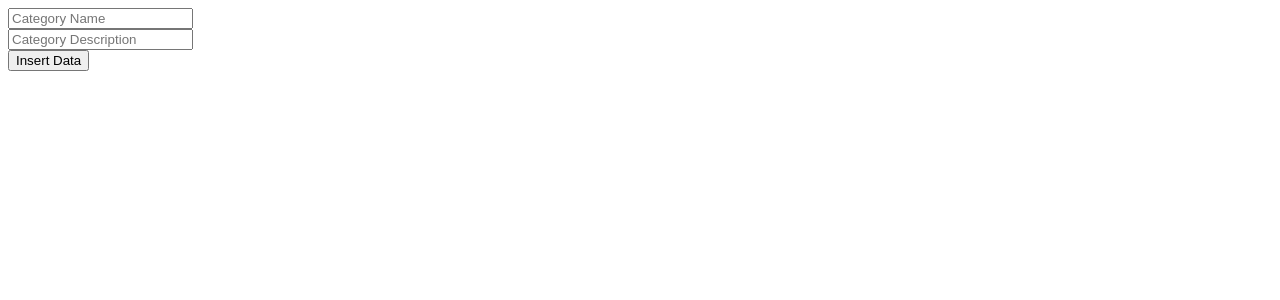
Repository: developerks611/loanweb
Page: http://localhost/loan-web/addcategory.jsp
An editor plug-in stored every save of this project. The page is shown before and after a run of saves, followed by the edit.
The browser window is 1280 px wide. The pictures show the whole page.
The page is served by Tomcat 9. Other server files are loaded and not shown.

Above is the page before, as saved 2023-03-08 07:06:47.

### loan-web/src/main/webapp/addcategory.jsp
<%@ page language="java" contentType="text/html; charset=ISO-8859-1"
    pageEncoding="ISO-8859-1"%>
<!DOCTYPE html>
<html>
<head>
<style>
	.center{
		text-align:center;
		margin-top:5%;

	}

	.inputtxt{
		margin:5px;
	}

	.inputtxt{
		width:20%;
		height:25px;
	}
	.button-login{
		width:21%;
		height:35px;
		margin-top:10px;
		background-color:#485FC7;
		 border-top-style: hidden;
		  border-right-style: hidden;
		  border-left-style: hidden;
		color:white;
		font-weight:bold;
		boarder-style:none;
	}
</style>
<meta charset="ISO-8859-1">
<title>Category</title>
</head>
<body>
<form action="Insertcategory" method="post">
<input type="text" placeholder="Category Name" name="cname"><br>
<input type="text" placeholder="Category Description" name="cd"><br>
<input type="hidden" name="action" value="inserdata">
<button type="submit">Insert Data</button>
</form>
</body>
</html>

After the next 2 saves:
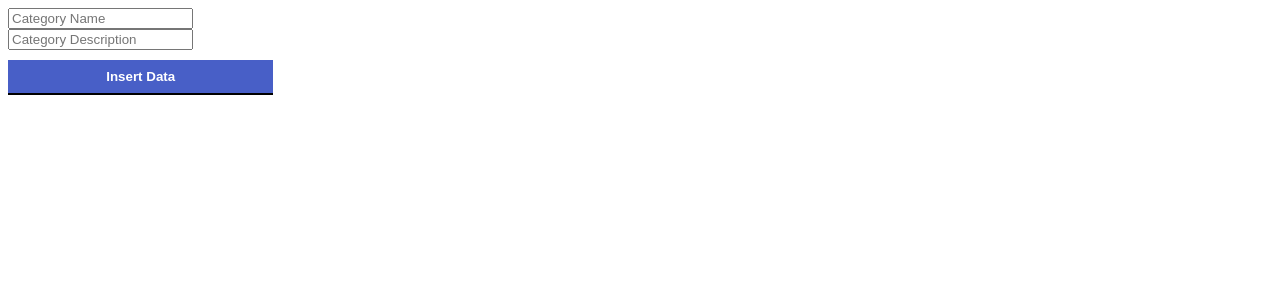
The 2 saves are shown as one change because they came seconds apart.
The last was saved 15 s later.
--- a/loan-web/src/main/webapp/addcategory.jsp
+++ b/loan-web/src/main/webapp/addcategory.jsp
@@ -39,7 +39,7 @@
 <input type="text" placeholder="Category Name" name="cname"><br>
 <input type="text" placeholder="Category Description" name="cd"><br>
 <input type="hidden" name="action" value="inserdata">
-<button type="submit">Insert Data</button>
+<button type="submit" class="button-login">Insert Data</button>
 </form>
 </body>
 </html>
